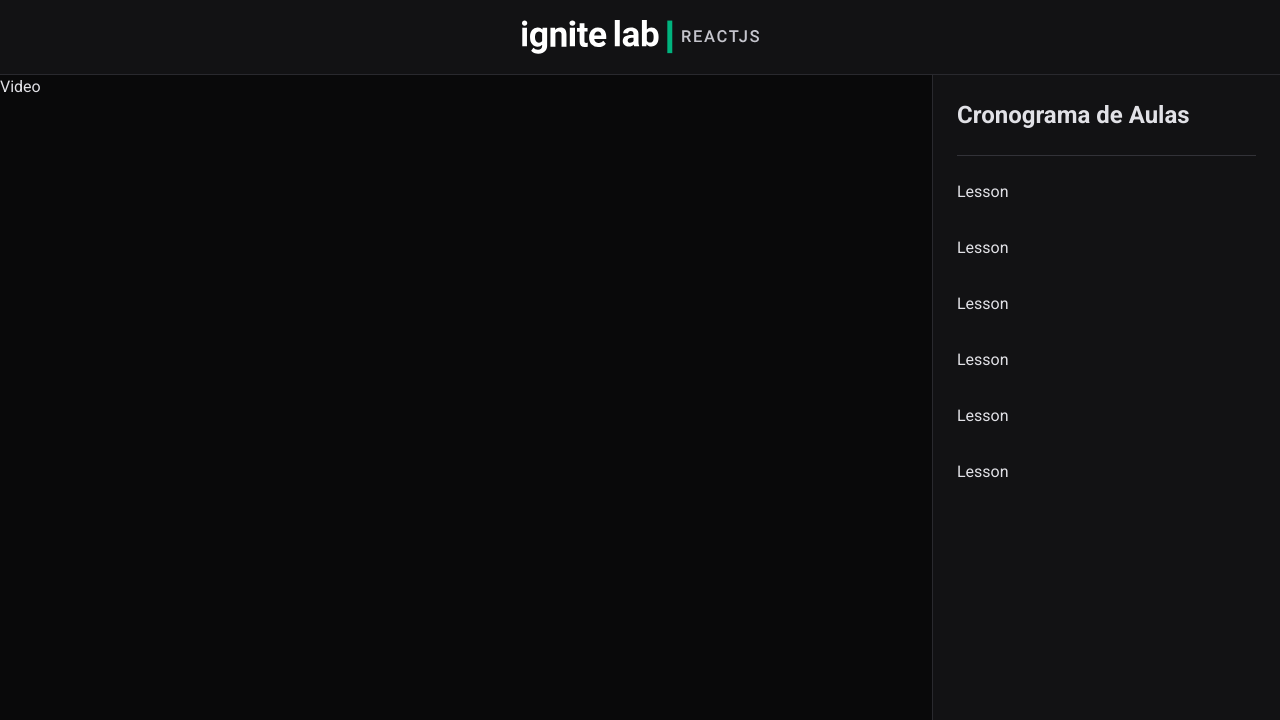
Repository: guilhermecardoso93/ignitelab
Page: /event
The author's editor kept a copy of each file at every save. The page is drawn from the files as they stood at one save, then again after the next save.
The browser window is 1280 px wide. The pictures show the whole page.
The project was rebuilt for these pictures with package versions that can differ from the ones it lists, and the page was loaded fresh each time. Also part of the build but not shown: vite.config.ts.

Above is the page before, as saved 2022-06-22 11:35:05.

### index.html
<!DOCTYPE html>
<html lang="en">
  <head>
    <meta charset="UTF-8" />
    <link rel="icon" type="image/svg+xml" href="/src/favicon.svg" />
    <link rel="preconnect" href="https://fonts.googleapis.com" />
    <link rel="preconnect" href="https://fonts.gstatic.com" crossorigin />
    <link
      href="https://fonts.googleapis.com/css2?family=Roboto:wght@400;500;700&display=swap"
      rel="stylesheet"
    />
    <meta name="viewport" content="width=device-width, initial-scale=1.0" />
    <title>Ignite Lab</title>
  </head>
  <body>
    <div id="root"></div>
    <script type="module" src="/src/main.tsx"></script>
  </body>
</html>

### src/main.tsx
import { ApolloProvider } from "@apollo/client";
import React from "react";
import ReactDOM from "react-dom/client";
import { App } from "./App";
import { client } from "./lib/apollo";

import "./styles/global.css";

ReactDOM.createRoot(document.getElementById("root")!).render(
  <React.StrictMode>
    <ApolloProvider client={client}>
      <App />
    </ApolloProvider>
  </React.StrictMode>
);

### src/App.tsx
import { Event } from "./pages/Event";

export function App() {
  return (
    <div>
      <Event />
    </div>
  );
}

### src/lib/apollo.ts
import { ApolloClient, InMemoryCache } from "@apollo/client";

export const client = new ApolloClient({
  uri: "https://api-sa-east-1.graphcms.com/v2/cl4orc0220r0201xnfce43eoi/master",
  cache: new InMemoryCache()
});

### src/pages/Event.tsx
import { Header } from "../components/Header";
import { Sidebar } from "../components/Sidebar";
import { Video } from "../components/Video";

export function Event() {
  return (
    <div className="flex flex-col min-h-screen">
      <Header />
      <main className="flex flex-1">
        <Video />
        <Sidebar />
      </main>
    </div>
  );
}

### src/components/Header/index.tsx
import { Logo } from "../Logo";

export function Header() {
  return (
    <header className='w-full py-5 flex items-center justify-center bg-gray-700 border-b border-gray-600'>
      <Logo/>
    </header>
  );
}

### src/components/Sidebar/index.tsx
import { Lesson } from "../Lesson";

export function Sidebar() {
  return (
    <aside className="w-[348px] bg-gray-700 p-6 border-l border-gray-600">
      <span className="font-bold text-2xl pb-6 mb-6 border-b border-gray-500 block">
        Cronograma de Aulas
      </span>

      <div className="flex flex-col gap-8">
        <Lesson/>
        <Lesson/>
        <Lesson/>
        <Lesson/>
        <Lesson/>
        <Lesson/>
      </div>
    </aside>
  );
}

### src/components/Video/index.tsx
export function Video() {
  return (
    <div className='flex-1'>
      <h1>Video</h1>
    </div>

  );
}

### src/components/Logo/index.tsx
export function Logo() {
  return (
    <svg
      xmlns="http://www.w3.org/2000/svg"
      width="237"
      height="34"
      fill="none"
      viewBox="0 0 237 34"
    >
      <path
        fill="#fff"
        d="M.002 3.112a2.49 2.49 0 01.165-.987c.12-.314.304-.595.535-.83A2.906 2.906 0 012.615.572c.698 0 1.374.257 1.912.723.23.24.412.524.536.837a2.701 2.701 0 010 1.979 2.568 2.568 0 01-.536.837 2.889 2.889 0 01-1.907.723 2.901 2.901 0 01-1.908-.723 2.458 2.458 0 01-.538-.84 2.645 2.645 0 01-.172-.996zm4.96 23.146H.273V7.862h4.689v18.397zM8.012 16.973c0-2.853.686-5.145 2.055-6.883a6.653 6.653 0 015.528-2.606 5.869 5.869 0 014.802 2.09l.2-1.751h4.538v17.95a7.891 7.891 0 01-1.12 4.246 7.243 7.243 0 01-3.147 2.752 11.155 11.155 0 01-4.742.94c-1.378 0-2.74-.279-4.008-.812a7.08 7.08 0 01-2.946-2.11l2.208-3.02a5.905 5.905 0 004.543 2.08 4.356 4.356 0 003.104-1.059 3.938 3.938 0 001.103-2.993v-.994a5.775 5.775 0 01-4.555 1.935 6.647 6.647 0 01-3.05-.652 6.615 6.615 0 01-2.408-1.967c-1.397-1.752-2.085-4.089-2.085-6.942v-.21h-.025l.005.006zm4.997.355a6.723 6.723 0 001.026 3.956 3.233 3.233 0 002.799 1.443c.651.045 1.3-.088 1.878-.39a3.52 3.52 0 001.396-1.305v-7.825a3.448 3.448 0 00-1.374-1.305 3.504 3.504 0 00-1.86-.39 3.28 3.28 0 00-1.61.365 3.22 3.22 0 00-1.219 1.103c-.688.975-1.036 2.418-1.036 4.348zM33.098 7.833l.158 2.196a6.527 6.527 0 012.371-1.927 6.38 6.38 0 012.971-.62c1.97 0 3.438.597 4.39 1.79.953 1.194 1.456 2.936 1.486 5.293v12.249h-4.962V14.683a3.367 3.367 0 00-.684-2.344 3.086 3.086 0 00-1.069-.598 3.008 3.008 0 00-1.211-.13 3.349 3.349 0 00-1.821.454c-.553.32-1.01.794-1.313 1.367v13.37H28.45V7.845l4.647-.012zM47.512 3.112a2.304 2.304 0 01.185-.988 2.42 2.42 0 01.59-.831A3.439 3.439 0 0150.404.57c.772 0 1.52.256 2.117.723.508.486.792 1.142.792 1.826 0 .683-.284 1.34-.792 1.826a3.417 3.417 0 01-2.11.723c-.77 0-1.517-.257-2.11-.723a2.47 2.47 0 01-.594-.839 2.342 2.342 0 01-.19-.994h-.005zm5.483 23.149h-5.18V7.86h5.18v18.4zM62.454 3.334v4.612h3.107v3.677h-3.107v9.382c-.05.53.091 1.063.395 1.495a1.824 1.824 0 001.473.45c.476.002.95-.035 1.421-.114v3.803a9.672 9.672 0 01-2.939.449c-3.398 0-5.128-1.775-5.19-5.32V11.644h-2.642V7.968h2.643V3.356h4.841v-.025l-.002.003zM76.487 27.08a9.277 9.277 0 01-6.759-2.55c-1.74-1.699-2.605-3.957-2.605-6.797v-.494a11.295 11.295 0 011.098-5.08 8.141 8.141 0 013.111-3.465 8.72 8.72 0 014.59-1.22c2.577 0 4.62.815 6.098 2.449 1.478 1.633 2.226 3.94 2.226 6.929v2.055h-12.01a4.665 4.665 0 001.473 2.971 4.487 4.487 0 003.111 1.111 5.426 5.426 0 004.548-2.115l2.476 2.781a7.506 7.506 0 01-3.07 2.507 9.81 9.81 0 01-4.287.916v.002zm-.594-15.514a3.127 3.127 0 00-2.428 1.012 5.405 5.405 0 00-1.188 2.912h7.006v-.405a3.749 3.749 0 00-.908-2.608 3.252 3.252 0 00-2.45-.908h-.03l-.002-.003zM97.771 26.259h-4.957V0h4.957V26.26zM112.209 26.259c-.227-.444-.392-.997-.496-1.659-1.196 1.333-2.751 2.002-4.666 2.002-1.811 0-3.314-.523-4.504-1.572-1.191-1.049-1.786-2.372-1.786-3.966 0-1.96.725-3.464 2.179-4.513 1.453-1.049 3.553-1.58 6.3-1.59h2.273v-1.06c0-.854-.22-1.54-.659-2.051-.44-.513-1.131-.77-2.078-.77-.832 0-1.486.2-1.957.6-.474.4-.708.945-.708 1.64h-4.941c0-1.07.331-2.062.992-2.973.662-.91 1.597-1.626 2.804-2.144 1.206-.518 2.564-.778 4.069-.778 2.28 0 4.089.573 5.429 1.718 1.34 1.145 2.009 2.756 2.009 4.83v8.017c.012 1.754.256 3.082.735 3.983v.29h-4.992l-.003-.004zm-4.086-3.435c.728 0 1.402-.163 2.016-.486.614-.326 1.071-.76 1.367-1.308v-3.181h-1.846c-2.472 0-3.79.854-3.948 2.564l-.017.291c0 .614.217 1.123.649 1.523.434.4 1.026.6 1.779.6v-.003zM136.58 17.183c0 2.963-.632 5.273-1.898 6.931-1.265 1.659-3.032 2.488-5.3 2.488-2.006 0-3.608-.77-4.805-2.308l-.222 1.967h-4.444V.001h4.94v9.418c1.14-1.332 2.638-2 4.496-2 2.256 0 4.025.828 5.308 2.487 1.283 1.658 1.923 3.992 1.923 7v.274l.002.003zm-4.94-.358c0-1.868-.296-3.233-.889-4.094-.592-.861-1.475-1.29-2.65-1.29-1.572 0-2.655.643-3.247 1.932v7.299c.604 1.298 1.697 1.95 3.282 1.95 1.584 0 2.643-.788 3.146-2.36.239-.752.358-1.897.358-3.437z"
      ></path>
      <path
        fill="#C4C4CC"
        d="M164.51 17.501h-2.283v4.53h-2.048v-11.78h4.143c1.36 0 2.408.306 3.149.915.74.61 1.108 1.493 1.108 2.648 0 .787-.19 1.449-.57 1.98-.38.532-.911.94-1.59 1.226l2.646 4.906v.106h-2.194l-2.364-4.531h.003zm-2.283-1.65h2.105c.691 0 1.229-.176 1.619-.524.39-.348.582-.824.582-1.429 0-.604-.18-1.12-.538-1.466-.358-.345-.893-.523-1.606-.533h-2.162V15.85zM179.066 16.773h-4.839v3.625h5.656v1.634h-7.704V10.25h7.648v1.65h-5.6v3.253h4.839v1.62zM189.803 19.29h-4.565l-.955 2.744h-2.127l4.452-11.783h1.836l4.459 11.783h-2.137l-.963-2.744zm-3.99-1.65h3.415l-1.707-4.89-1.708 4.89zM204.716 18.197c-.119 1.256-.583 2.238-1.392 2.941-.81.703-1.885 1.056-3.228 1.056-.938 0-1.764-.222-2.48-.668-.715-.445-1.266-1.079-1.656-1.898-.387-.82-.589-1.772-.607-2.858v-1.1c0-1.11.198-2.09.59-2.937.392-.846.96-1.5 1.695-1.96.736-.458 1.587-.688 2.554-.688 1.301 0 2.347.353 3.139 1.057.792.703 1.254 1.7 1.385 2.99h-2.039c-.096-.846-.343-1.458-.74-1.833-.397-.375-.977-.563-1.745-.563-.89 0-1.574.326-2.05.977-.479.652-.721 1.605-.733 2.863v1.044c0 1.273.227 2.245.683 2.917.457.668 1.123 1.004 2.004 1.004.805 0 1.409-.18 1.814-.543.405-.363.661-.962.77-1.804h2.038l-.002.003zM216.481 11.902h-3.674v10.132h-2.031V11.902h-3.642V10.25h9.347v1.65zM222.759 10.251h2.039v8.262c0 1.127-.353 2.023-1.057 2.687-.703.664-1.633.995-2.788.995-1.229 0-2.179-.311-2.848-.93-.669-.62-1.004-1.484-1.004-2.59h2.038c0 .627.156 1.096.467 1.412.31.316.76.474 1.347.474.55 0 .989-.183 1.315-.545.326-.366.489-.867.489-1.51V10.25h.002zM234.952 18.999c0-.518-.183-.918-.545-1.197-.363-.279-1.022-.563-1.972-.849-.95-.286-1.705-.604-2.265-.955-1.074-.674-1.612-1.555-1.612-2.638 0-.95.388-1.732 1.163-2.347.774-.614 1.779-.922 3.015-.922.819 0 1.55.15 2.194.454a3.597 3.597 0 011.513 1.29c.367.558.55 1.177.55 1.858h-2.038c0-.614-.193-1.095-.578-1.443-.385-.348-.938-.524-1.656-.524-.668 0-1.189.144-1.557.43-.37.286-.555.686-.555 1.197 0 .432.2.792.6 1.08.399.29 1.056.57 1.974.842.918.271 1.653.582 2.208.93.556.348.963.748 1.222 1.197.259.452.387.977.387 1.582 0 .982-.375 1.762-1.127 2.342-.753.58-1.775.87-3.063.87a5.755 5.755 0 01-2.352-.473c-.715-.316-1.27-.75-1.668-1.308-.397-.555-.594-1.204-.594-1.942h2.048c0 .669.222 1.187.664 1.555.441.367 1.075.55 1.902.55.713 0 1.246-.143 1.607-.432.357-.288.538-.671.538-1.145l-.003-.002z"
      ></path>
      <path fill="#00B37E" d="M150.271 33.146h-4.958V.57h4.958v32.576z"></path>
    </svg>
  );
}

### src/components/Lesson/index.tsx
export function Lesson() {
  return <h1>Lesson</h1>;
}

### tailwind.config.js
/** @type {import('tailwindcss').Config} */
module.exports = {
  content: ["./src/**/*.tsx"],
  theme: {
    extend: {
      fontFamily: {
        sans: "Roboto, sans-serif"
      },
      colors: {
        green: {
          300: "#00B37E",
          500: "#00875F",
          700: "#015F43"
        },
        blue: {
          500: "#81D8F7"
        },
        orange: {
          500: "#FBA94C"
        },
        red: {
          500: "#F75A68"
        },
        gray: {
          100: "#E1E1E6",
          200: "#C4C4CC",
          300: "#8D8D99",
          500: "#323238",
          600: "#29292E",
          700: "#121214",
          900: "#09090A"
        }
      }
    }
  },
  plugins: []
};

Loaded but not shown: src/styles/global.css (common file)

After the next save:
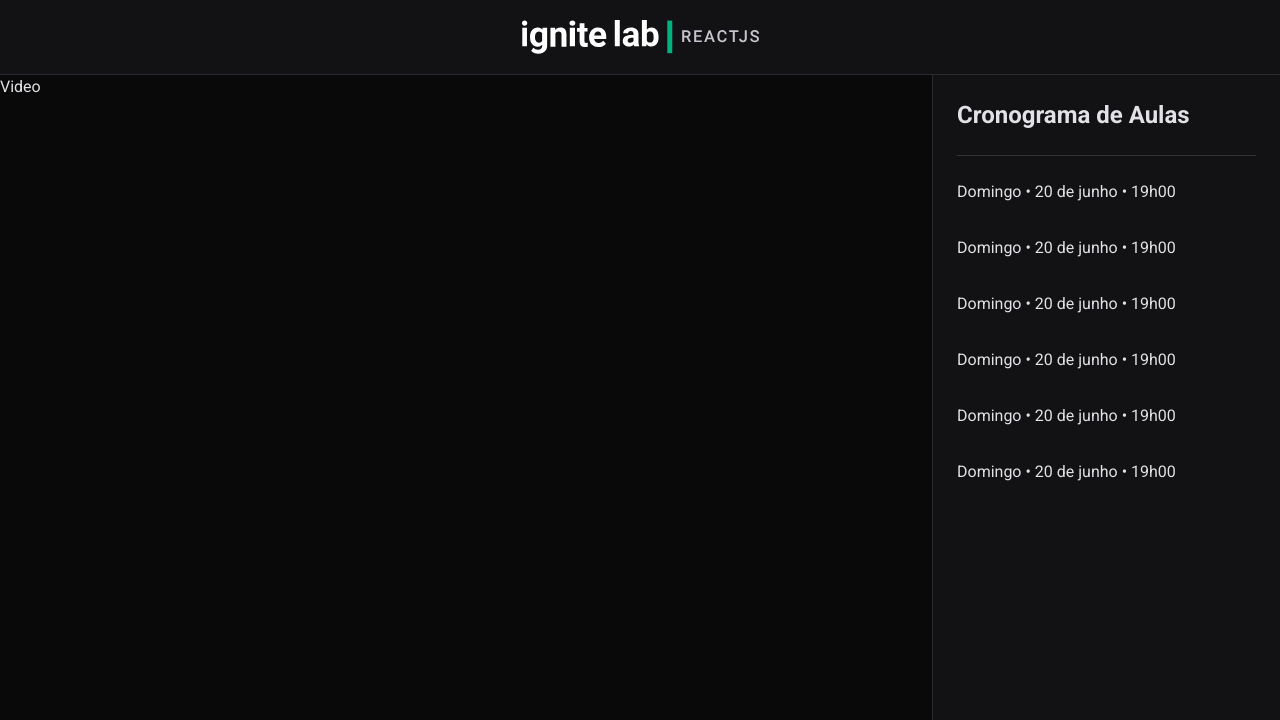
Saved 112 s later.
--- a/src/components/Lesson/index.tsx
+++ b/src/components/Lesson/index.tsx
@@ -1,3 +1,7 @@
 export function Lesson() {
-  return <h1>Lesson</h1>;
+  return (
+    <a href="#">
+      <span>Domingo • 20 de junho • 19h00</span>
+    </a>
+  );
 }
